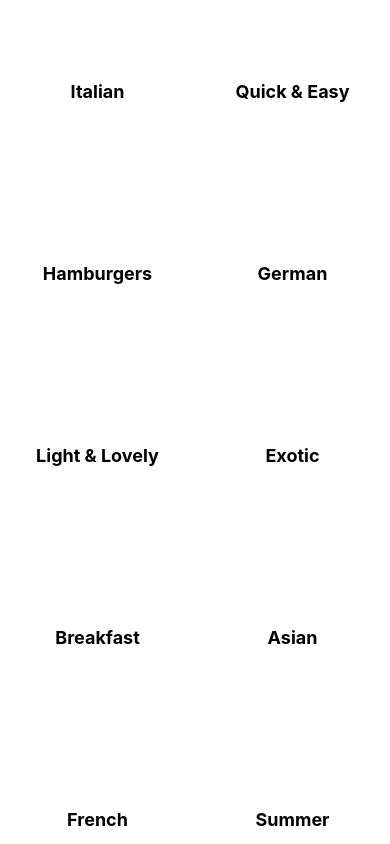
Repository: SyLe-Van/Food-Category-App
Screen: /
An editor plug-in stored every save of this project. The screen is shown before and after the next save, followed by the edit.
An inner scrolling area shows only its first screen. The app was drawn by React Native's web renderer in a window 390 px wide. The project was rebuilt for these pictures with package versions that can differ from the ones it lists, and the page was loaded fresh each time.

Above is the screen before, as saved 2024-02-17 15:39:57.

After the next save:
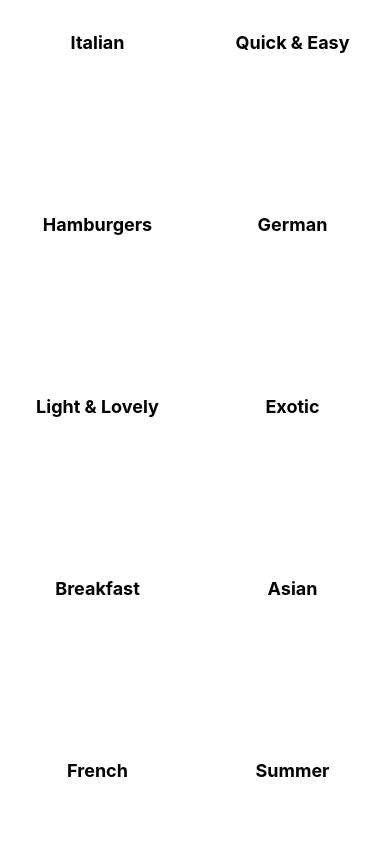
Saved 3 min 28 s later.
--- a/components/CategoryGridTitle.js
+++ b/components/CategoryGridTitle.js
@@ -4,7 +4,6 @@
   return (
     <View style={styles.gridItem}>
       <Pressable
-        style={styles.button}
         styles={({ pressed }) => [
           styles.button,
           pressed ? styles.buttonPressed : null,

After the save that followed:
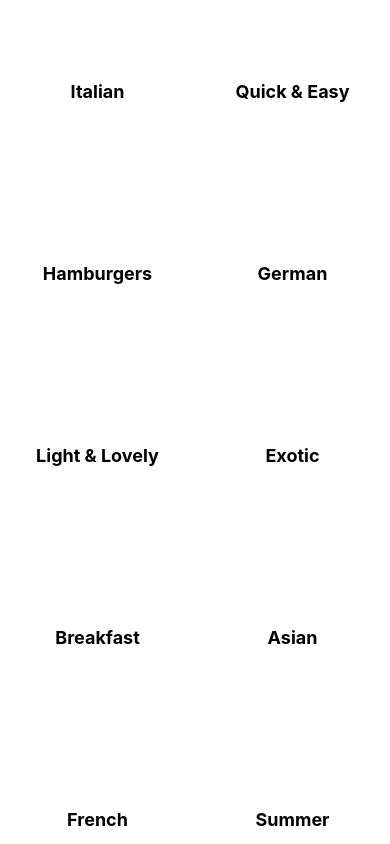
Saved 6 s later.
--- a/components/CategoryGridTitle.js
+++ b/components/CategoryGridTitle.js
@@ -4,6 +4,7 @@
   return (
     <View style={styles.gridItem}>
       <Pressable
+        style={styles.button}
         styles={({ pressed }) => [
           styles.button,
           pressed ? styles.buttonPressed : null,
